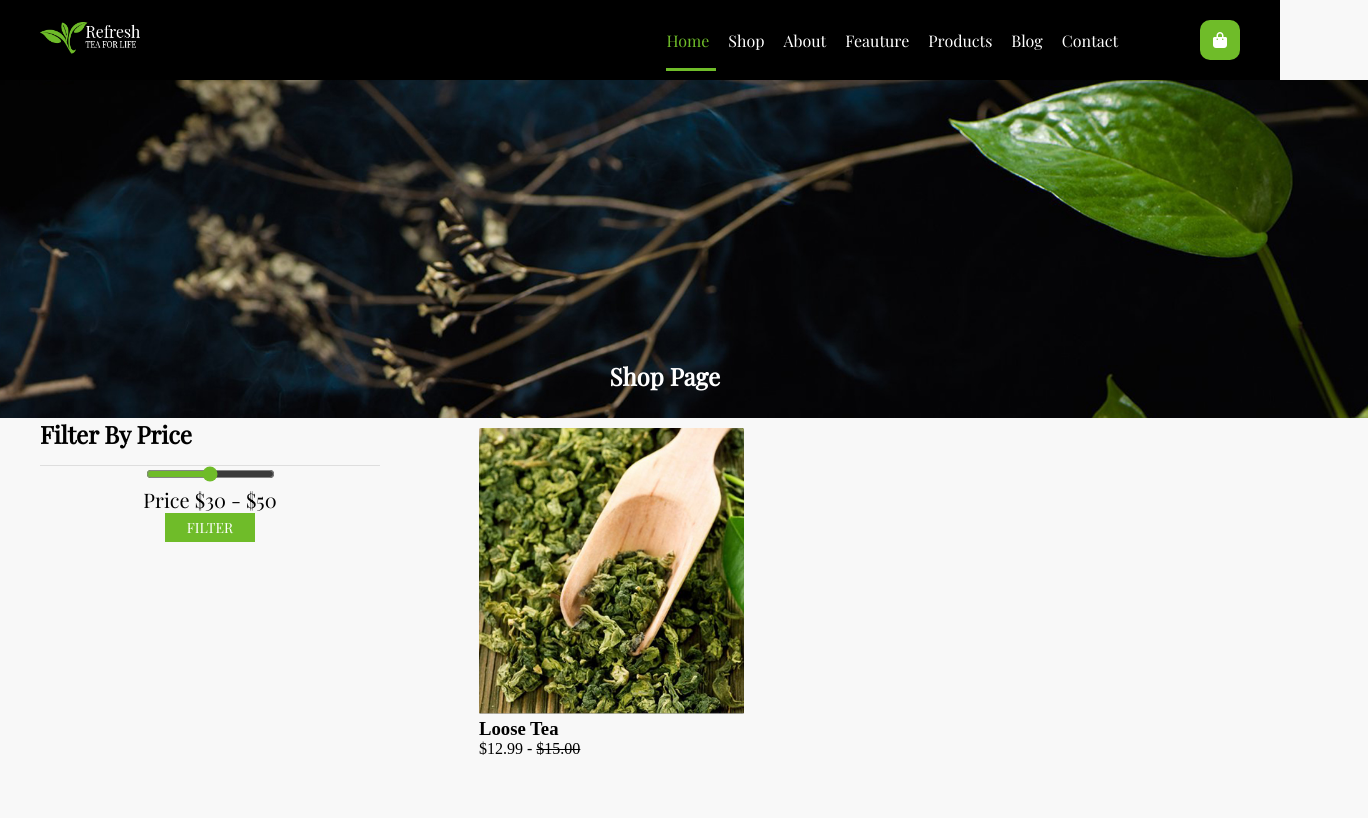
Repository: 52hzwhaleblue/school_teashop
Page: shop.html
The author's editor kept a copy of each file at every save. The page is drawn from the files as they stood at one save, then again after the next save.
The browser window is 1280 px wide. The page is 1368 px wide, so the pictures cover 1368 px, including what lies to the right of the window. The pictures show the whole page.
Some web libraries are served in a nearby version.

Above is the page before, as saved 2022-04-27 21:15:53.

After the next save:
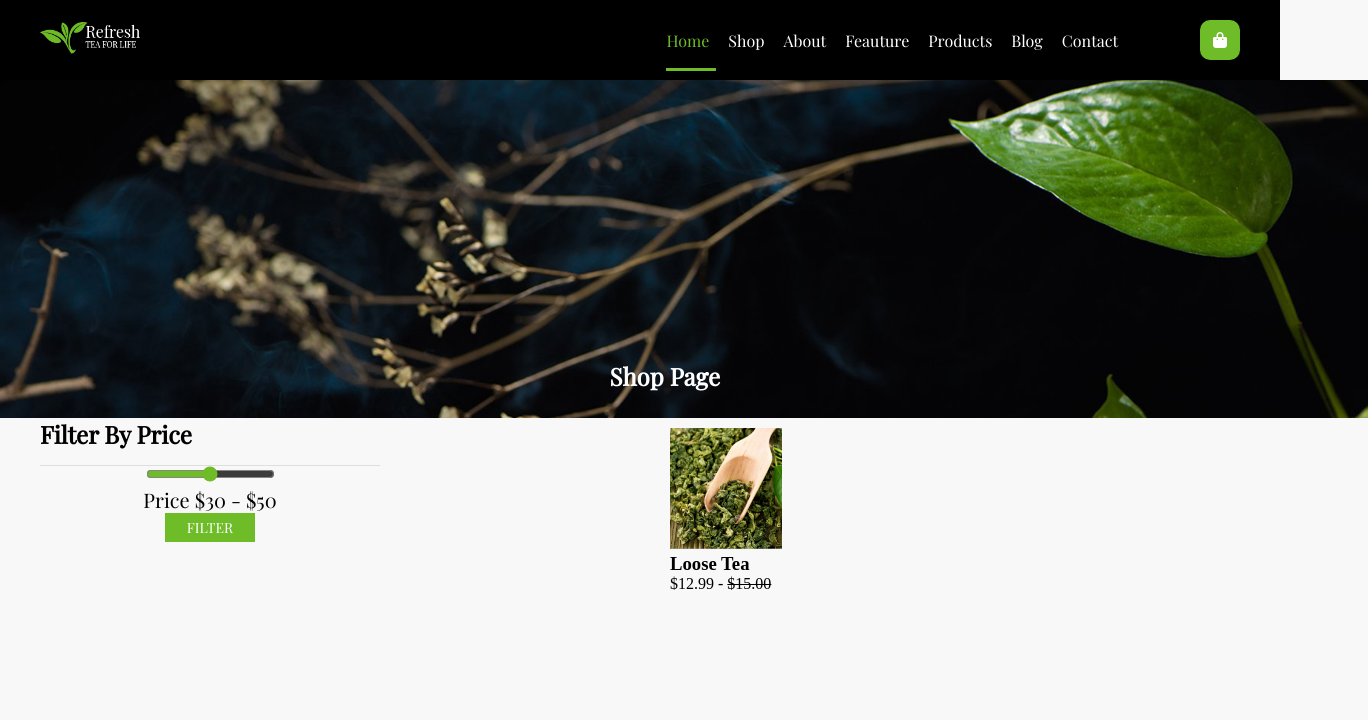
Saved 5 s later.
--- a/style.css
+++ b/style.css
@@ -693,7 +693,7 @@ body {
 }
 /* ----Product---- */
 .shop-product-wrapper{
-    max-width: 900px;
+    max-width: 300px;
     margin: auto;
     padding-left: 25px;
     padding-right: 25px;
